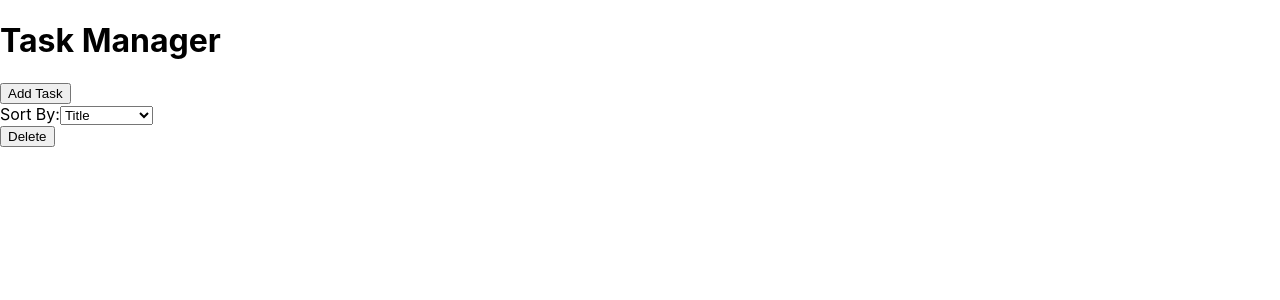
Repository: n-shen/task-tracker
Page: / (app in frontend/)
These files come from the project's save history. The page is drawn as it stood at one moment and after the next save; the edit follows.
The browser window is 1280 px wide. The pictures show the whole page.
The project was rebuilt for these pictures with package versions that can differ from the ones it lists, and the page was loaded fresh each time. Also part of the build but not shown: frontend/src/components/taskManager/addTask.jsx, frontend/src/components/tasks/editTasks.jsx, frontend/src/components/tasks/task.jsx, frontend/src/components/taskManager/viewTasks.jsx.

Above is the page before, as saved 2023-04-19 20:40:07.

After the next save:
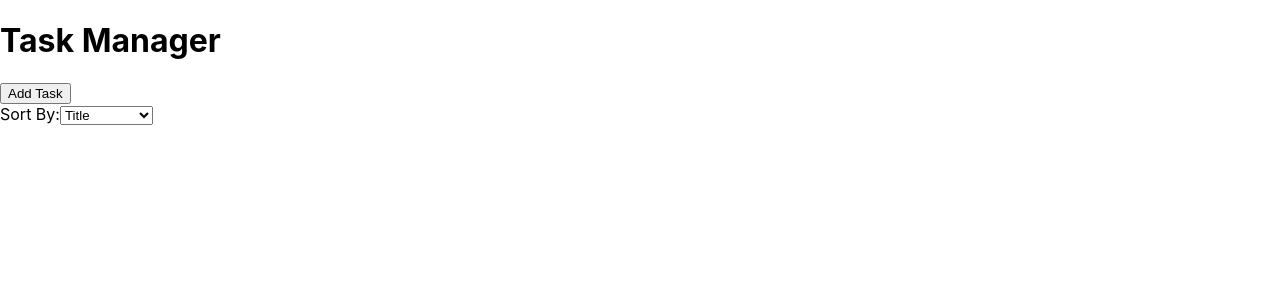
Saved 4 min 3 s later.
--- a/frontend/src/components/taskManager/manager.jsx
+++ b/frontend/src/components/taskManager/manager.jsx
@@ -34,11 +34,11 @@ const TaskManager = () => {
     setShowEditTask(false);
   };
 
-  const handleDeleteTask = (taskId) => {
-    const newTasks = tasks.filter((t) => t.id !== taskId);
-    setTasks(newTasks);
+  // const handleDeleteTask = (taskId) => {
+  //   const newTasks = tasks.filter((t) => t.id !== taskId);
+  //   setTasks(newTasks);
     // setShowDeleteTask(false);
-  };
+  // };
 
   const handleEditClick = (task) => {
     setSelectedTask(task);
@@ -87,14 +87,14 @@ const TaskManager = () => {
         />
       )}
       {/* {showDeleteTask && ( */}
-        <DeleteTaskButton
+        {/* <DeleteTaskButton
           taskId={selectedTask?.id}
           onDelete={handleDeleteTask}
           onClose={() => {
             // setShowDeleteTask(false);
             setSelectedTask({});
           }}
-        />
+        /> */}
       {/* )} */}
     </div>
   );
